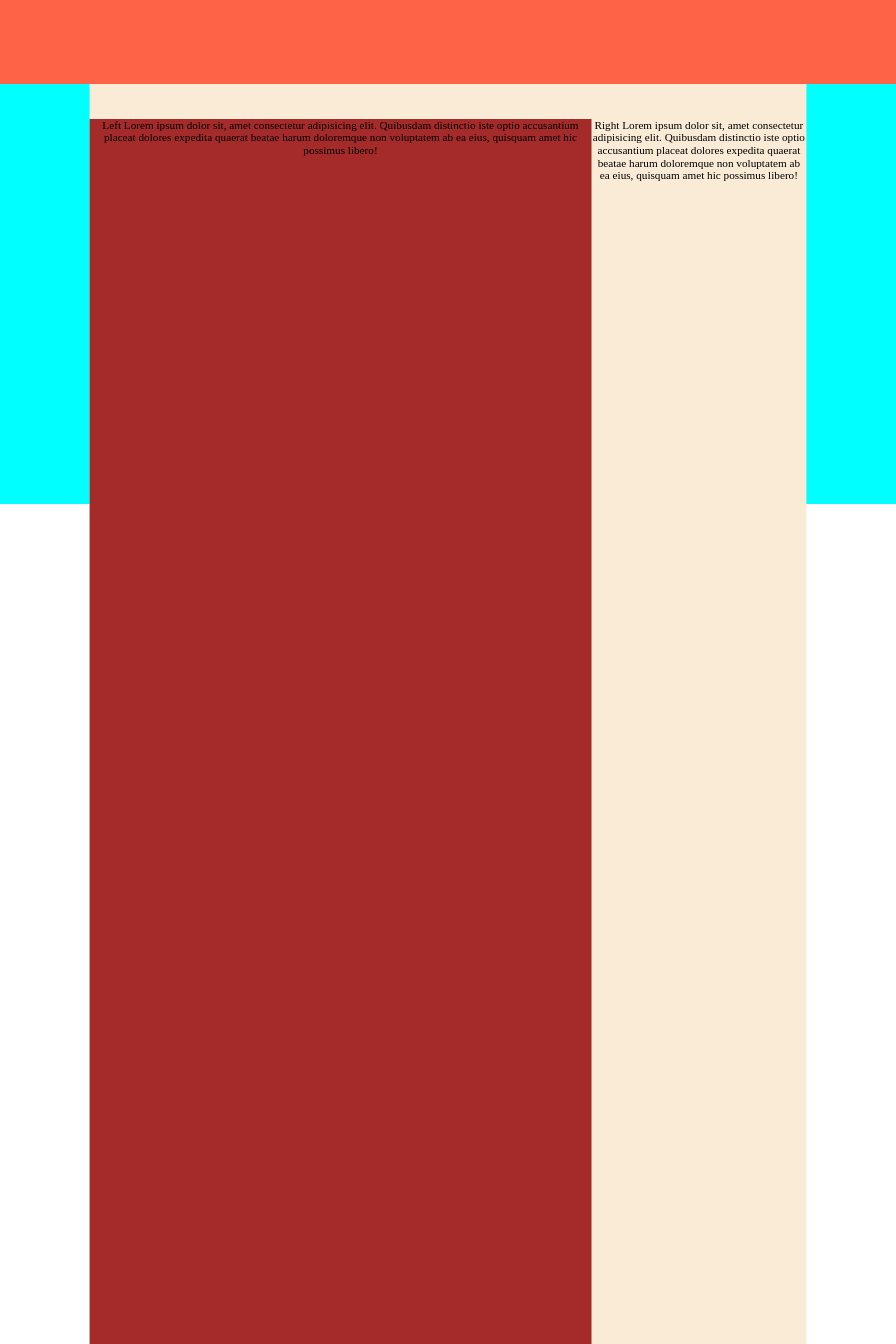
Repository: tandoancs/nguyentuankiet
Page: test.html
An editor plug-in stored every save of this project. The page is shown before and after the next save, followed by the edit.
The browser window is 1280 px wide. The pictures show the part of the page from y = 0 to 1920 px (the page is 4440 px tall before and 4444 px after), at 70% of full size.

Above is the page before, as saved 2025-04-22 20:14:55.

After the next save:
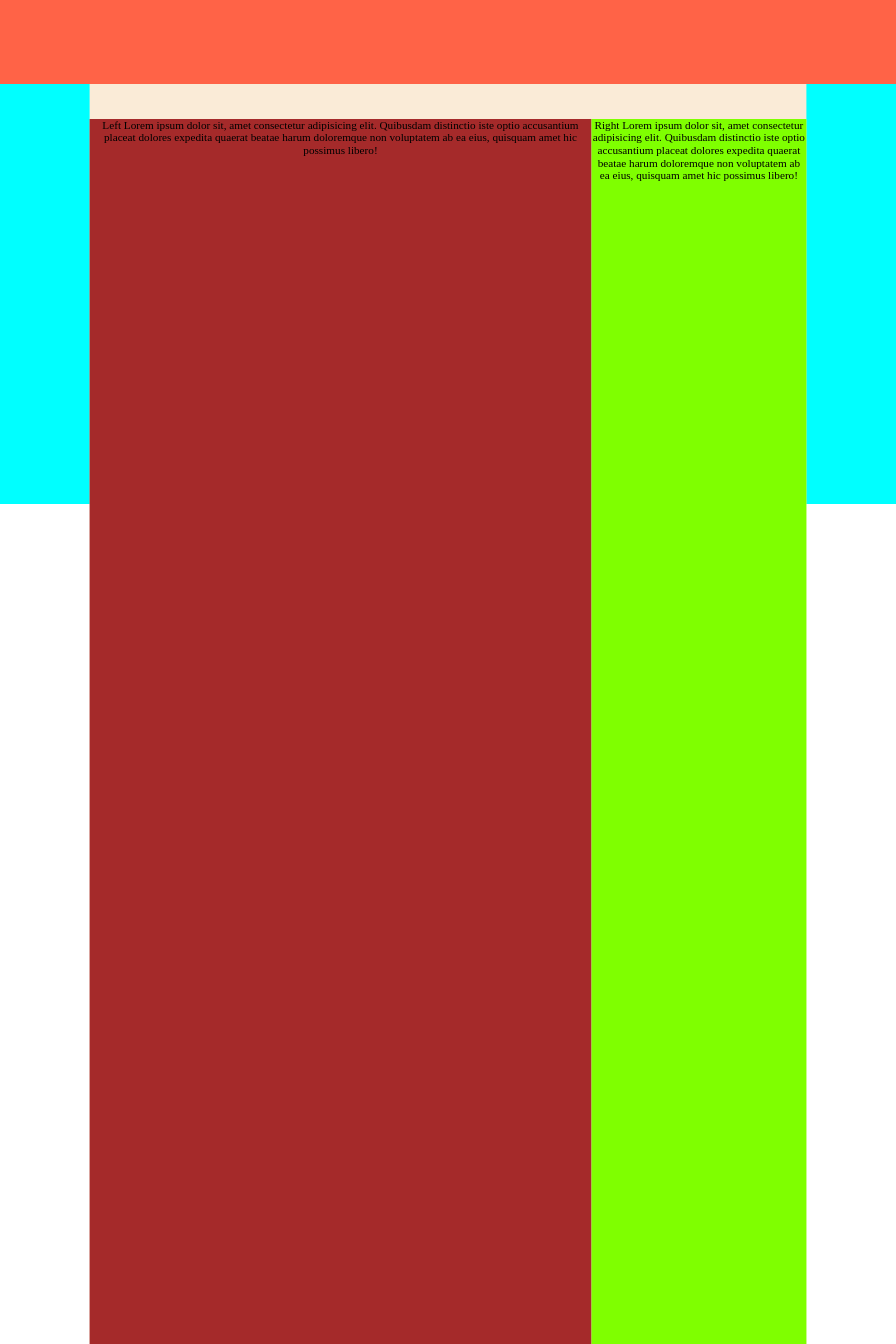
Saved 24 s later.
--- a/test.html
+++ b/test.html
@@ -52,6 +52,13 @@
             background-color: brown;
             float: left;
         }
+
+        #content-right {
+            width: 30%;
+            height: 100%;
+            background-color:chartreuse;
+            float: left;
+        }
     </style>
     </head>
     <body>
